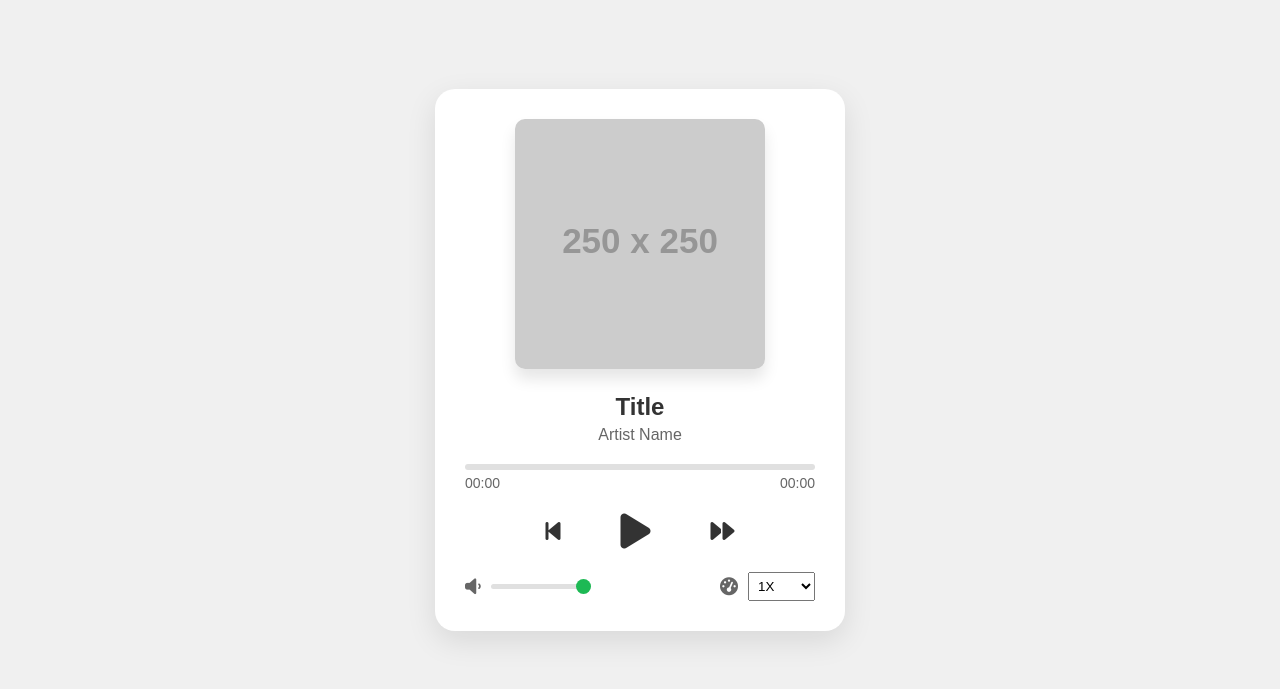
Repository: Abdulahi338/mp3-player-using-js
Page: AudioPlayer/index.html
These files come from the project's save history. The page is drawn as it stood at one moment and after the next save; the edit follows.
The browser window is 1280 px wide. The pictures show the whole page.

Above is the page before, as saved 2025-02-02 17:43:46.

After the next save:
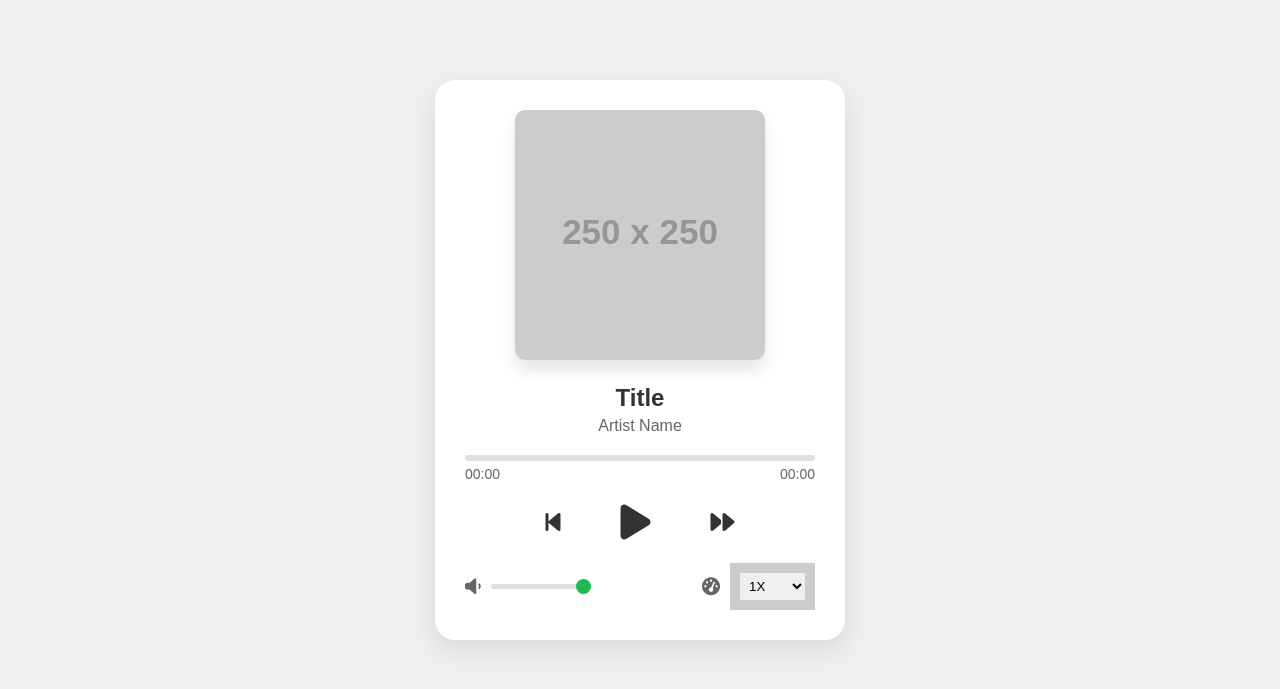
Saved 2 s later.
--- a/AudioPlayer/style.css
+++ b/AudioPlayer/style.css
@@ -123,5 +123,5 @@ body{
 }
 #speed{
     padding: 5px;
-    border: 10px solid #Cc;
+    border: 10px solid #ccc;
 }
